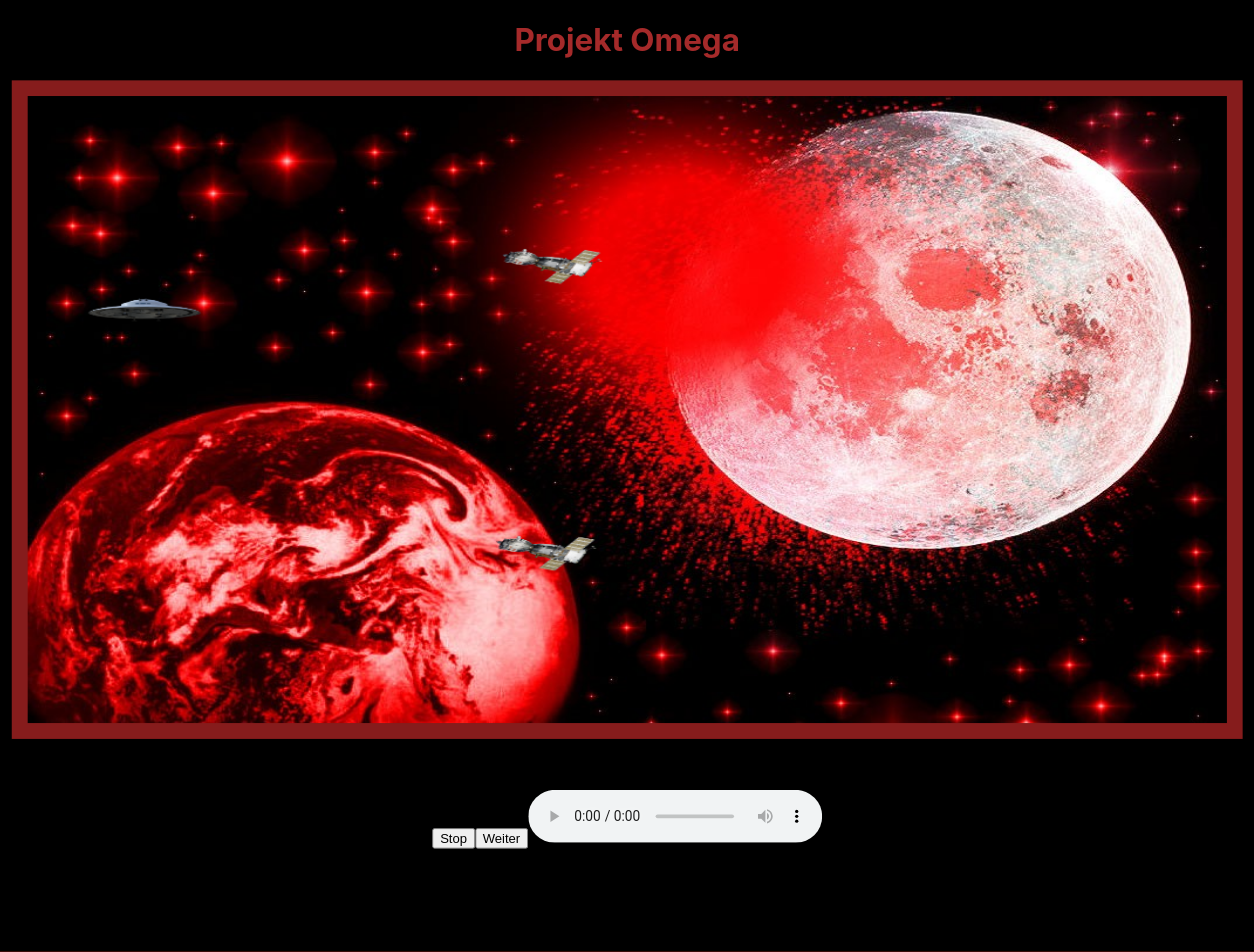
Repository: Der-Metatron/Projekt-Omega-Sprotte
Page: /
These files come from the project's save history. The page is drawn as it stood at one moment and after the next save; the edit follows.
The browser window is 1280 px wide. The pictures show the whole page, at 98% of full size.
The project was rebuilt for these pictures with package versions that can differ from the ones it lists, and the page was loaded fresh each time. Also part of the build but not shown: src/util/canvas-game.js.

Above is the page before, as saved 2022-06-22 17:17:53.

### public/index.html
<!DOCTYPE html>
<html lang="de">
  <head>
    <meta charset="UTF-8" />
    <meta name="Metatron" content="width=device-width, initial-scale=1.0" />
    <link rel="stylesheet" href="style.css" />

    <title>Projekt-Omega></title>
  </head>

  <body>
    <!-- <body onload="startGame()"> -->
    <div id="root"></div>
  </body>
  <script type="text/javascript" src="./index.js"></script>
</html>

### src/App.js
import "./App.css";
/* import { useState } from "react"; */
import { Canvas } from "./components/Canvas";
import { Footer } from "./components/Footer";

function App() {
  return (
    <div className="App">
      <h1>Projekt Omega</h1>
      <Canvas />

      <Footer />
    </div>
  );
}

export default App;

### src/components/Canvas.jsx
import React, { useRef, useEffect, useState } from "react";
import "./Canvas.css";
import { initGame, stopGame, continueGame } from "../util/canvas-game";
import ReactAudioPlayer from "react-audio-player";

export const Canvas = () => {
  const [score, setScore] = useState(0);
  const canvasRef = useRef(null);

  useEffect(() => {
    const canvas = canvasRef.current;
    const context = canvas.getContext("2d");
    initGame(context, (amount) => {
      console.log("increaseScore", amount);
      setScore((oldScore) => {
        return oldScore + amount;
      });
    });
  }, []);
  return (
    <>
      <canvas
        ref={canvasRef}
        className="game-canvas"
        width="1024"
        height="640"
      />{" "}
      <ReactAudioPlayer src="/public/audio/Musik/titel 1.mp3" autoPlay />
      <p>Score: {score}</p> {/* PunkteZahl im Canvas Zeigen */}
      {/* Stopt das Game  */}
      <button
        onClick={() => {
          stopGame();
        }}
      >
        Stop
      </button>
      {/* Weiter mit Game */}
      <button
        onClick={() => {
          continueGame();
        }}
      >
        Weiter
      </button>
      {/* Audio autoplay */}
      <ReactAudioPlayer
        src="/public/audio/Musik/titel 1.mp3"
        autoPlay
        controls
      />
    </>
  );
};
/* -------------------------------------------------------------------------------------- */

/* ----------------------------AUDIO----------------------------------------------------- */
/* const useAudio = (url) => {
  const [audio] = useState(new Audio(url));
  const [playing, setPlaying] = useState(false);

  const toggle = () => setPlaying(!playing);

  useEffect(() => {
    playing ? audio.play() : audio.pause();
  }, []);
  useEffect(() => {
    audio.addEventListener("ended", () => setPlaying(false));
    return () => {
      audio.removeEventListener("ended", () => setPlaying(false));
    };
  }, []);

  return [playing, toggle];
};

const Player = ({ url }) => {
  const [playing, toggle] = useAudio(url);

  return (
    <div>
      <button onClick={toggle}>{playing ? "Pause" : "Play"}</button>
    </div>
  );
};

export default Player;
 */

### src/components/Footer.jsx
import React from "react";

export const Footer = () => {
  return (
    <div>
      <h2>
        Pfeil Taste Oben, Pfeil Taste Unten, Pfeil Taste Links, Pfeil Taste
        Rechts, Space = Schießen
      </h2>
      <p>Der Metatron,Serdar,Dennis. 2022</p>
    </div>
  );
};

### src/components/Canvas.css
.game-canvas {
  background-color: rgba(168, 35, 35, 0.8);
  padding-left: 0;
  padding-right: 0;
  margin-left: auto;
  margin-right: auto;
  display: block;
  width: 1224px;
  height: 640px;
  padding: 1rem;
}

### public/style.css
canvas {
  background-color: rgba(168, 35, 35, 0.8);
  padding-left: 0;
  padding-right: 0;
  margin-left: auto;
  margin-right: auto;
  display: block;
  width: 1224px;
  height: 640px;
  padding: 1rem;
}
:root {
  background-color: black;
}
h1 {
  color: brown;
  text-align: center;
}
footer {
  color: aliceblue;
  text-align: center;
}

### public/index.js
let KEY_SPACE = false; // 32
let KEY_UP = false; // 38
let KEY_DOWN = false; // 40
let KEY_LEFT = false; // 37
let KEY_RIGHT = false; // 39

let canvas, ctx, counter, highscore, pause; /* Variabeln für Canvas */

let backgroundImage = new Image();

/* Audio Web-Audio-API  */
/*
<audio src="/public/audio/Musik/titel 1.mp3"></audio>;
const audioContext = new AudioContext();
const element = document.querySelector(audio);
const source = audioContext.createMediaElementSource(element);
source.connect(audioContext.destination);
audio.play();
*/

let rocket = {
  x: 50,
  y: 200,
  width: 100,
  height: 50,

  src: "img/ufo1.png" /* Omega */,
};

let ufos = [];
let shots = [];

// Taste Unten
document.onkeydown = function (e) {
  if (e.keyCode === 32) {
    // Leertaste gedrückt
    KEY_SPACE = true;
  }

  if (e.keyCode === 38) {
    // Nach oben gedrückt
    KEY_UP = true;
  }

  if (e.keyCode === 40) {
    // Nach unten gedrückt
    KEY_DOWN = true;
  }
  if (e.keyCode === 37) {
    KEY_LEFT = true;
  }
  if (e.keyCode === 39) {
    KEY_RIGHT = true;
  }
};
// Taste Links
document.onkeyleft = function (e) {
  if (e.keyCode === 37) {
    // Leertaste gedrückt
    KEY_SPACE = true;
  }

  if (e.keyCode === 38) {
    // Nach oben gedrückt
    KEY_UP = true;
  }

  if (e.keyCode === 40) {
    // Nach unten gedrückt
    KEY_DOWN = true;
  }
  if (e.keyCode === 37) {
    KEY_LEFT = true;
  }
  if (e.keyCode === 39) {
    KEY_RIGHT = true;
  }
};
// Taste Rechts
document.onkeyright = function (e) {
  if (e.keyCode === 39) {
    // Leertaste gedrückt
    KEY_SPACE = true;
  }

  if (e.keyCode === 38) {
    // Nach oben gedrückt
    KEY_UP = true;
  }

  if (e.keyCode === 40) {
    // Nach unten gedrückt
    KEY_DOWN = true;
  }
  if (e.keyCode === 37) {
    KEY_LEFT = true;
  }
  if (e.keyCode === 39) {
    KEY_RIGHT = true;
  }
};
// Taste Oben
document.onkeyup = function (e) {
  if (e.keyCode === 32) {
    // Leertaste losgelassen
    KEY_SPACE = false;
  }

  if (e.keyCode === 38) {
    // Nach oben losgelassen
    KEY_UP = false;
  }

  if (e.keyCode === 40) {
    // Nach unten losgelassen
    KEY_DOWN = false;
  }
  if (e.keyCode === 37) {
    KEY_LEFT = false;
  }
  if (e.keyCode === 39) {
    KEY_RIGHT = false;
  }
};

// eslint-disable-next-line no-unused-vars
function startGame() {
  canvas = document.getElementById("canvas");
  ctx = canvas.getContext("2d");

  loadImages();
  setInterval(update, 1000 / 25);
  setInterval(createUfos, 2000); /* Wie schnell Feinde kommen */
  setInterval(checkForCollion, 1000 / 25);
  setInterval(checkForShoot, 1000 / 10);
  draw();
}

function checkForCollion() {
  ufos.forEach(function (ufo) {
    // Kontrollieren, ob UFO mit Rakete kollidiert
    if (
      rocket.x + rocket.width > ufo.x &&
      rocket.y + rocket.height > ufo.y &&
      rocket.x < ufo.x &&
      rocket.y < ufo.y + ufo.height
    ) {
      rocket.img.src = "img/boom3.png";
      console.log("Collion!!!");
      ufos = ufos.filter((u) => u !== ufo);
      window.location.reload(true); //das sorgt dafür das sich die seite neu lädt wen man stirbt
    }

    shots.forEach(function (shot) {
      // Kontrollieren, ob Laser mit Rakete kollidiert
      if (
        shot.x + shot.width > ufo.x &&
        shot.y + shot.height > ufo.y &&
        shot.x < ufo.x &&
        shot.y < ufo.y + ufo.height
      ) {
        ufo.hit = true;
        ufo.img.src = "img/boom3.png";
        console.log("Collion!!!");

        setTimeout(() => {
          ufos = ufos.filter((u) => u !== ufo);
        }, 2000);
      }
    });
  });
}

function createUfos() {
  let ufo = {
    x: 800,
    y: Math.random() * 500, // Wir platzieren unsere UFOs an einem zufälligen Ort
    width: 100,
    height: 40,
    src: "img/sat.png",

    img: new Image(),
  };
  ufo.img.src = ufo.src; // Ufo-Bild wird geladen.
  ufos.push(ufo);
}

function checkForShoot() {
  if (KEY_SPACE) {
    let shot = {
      x: rocket.x + 110,
      y: rocket.y + 22,
      width: 20,
      height: 4,
      src: "img/shot.png",
      img: new Image(),
    };
    shot.img.src = shot.src; // Laser-Bild wird geladen.

    shots.push(shot);
  }
}
//rechts und links vergessen in update zu codieren
function update() {
  if (KEY_UP) {
    rocket.y -= 6;
  }

  if (KEY_DOWN) {
    rocket.y += 6;
  }
  if (KEY_LEFT) {
    rocket.x -= 6;
  }

  if (KEY_RIGHT) {
    rocket.x += 6;
  }

  ufos.forEach(function (ufo) {
    if (!ufo.hit) {
      ufo.x -= 5;
    }
  });

  shots.forEach(function (shot) {
    shot.x += 15;
  });
}

function loadImages() {
  backgroundImage.src = "img/- WALLPAPER - (276).jpg";
  rocket.img = new Image();
  rocket.img.src = rocket.src;
}

function draw() {
  ctx.drawImage(backgroundImage, 0, 0);
  ctx.drawImage(rocket.img, rocket.x, rocket.y, rocket.width, rocket.height);

  ufos.forEach(function (ufo) {
    ctx.drawImage(ufo.img, ufo.x, ufo.y, ufo.width, ufo.height);
  });

  shots.forEach(function (shot) {
    ctx.drawImage(shot.img, shot.x, shot.y, shot.width, shot.height);
  });

  requestAnimationFrame(draw);
}

Loaded but not shown: src/index.js (common file); src/index.css (common file); src/reportWebVitals.js (common file); src/App.css (common file)

After the next save:
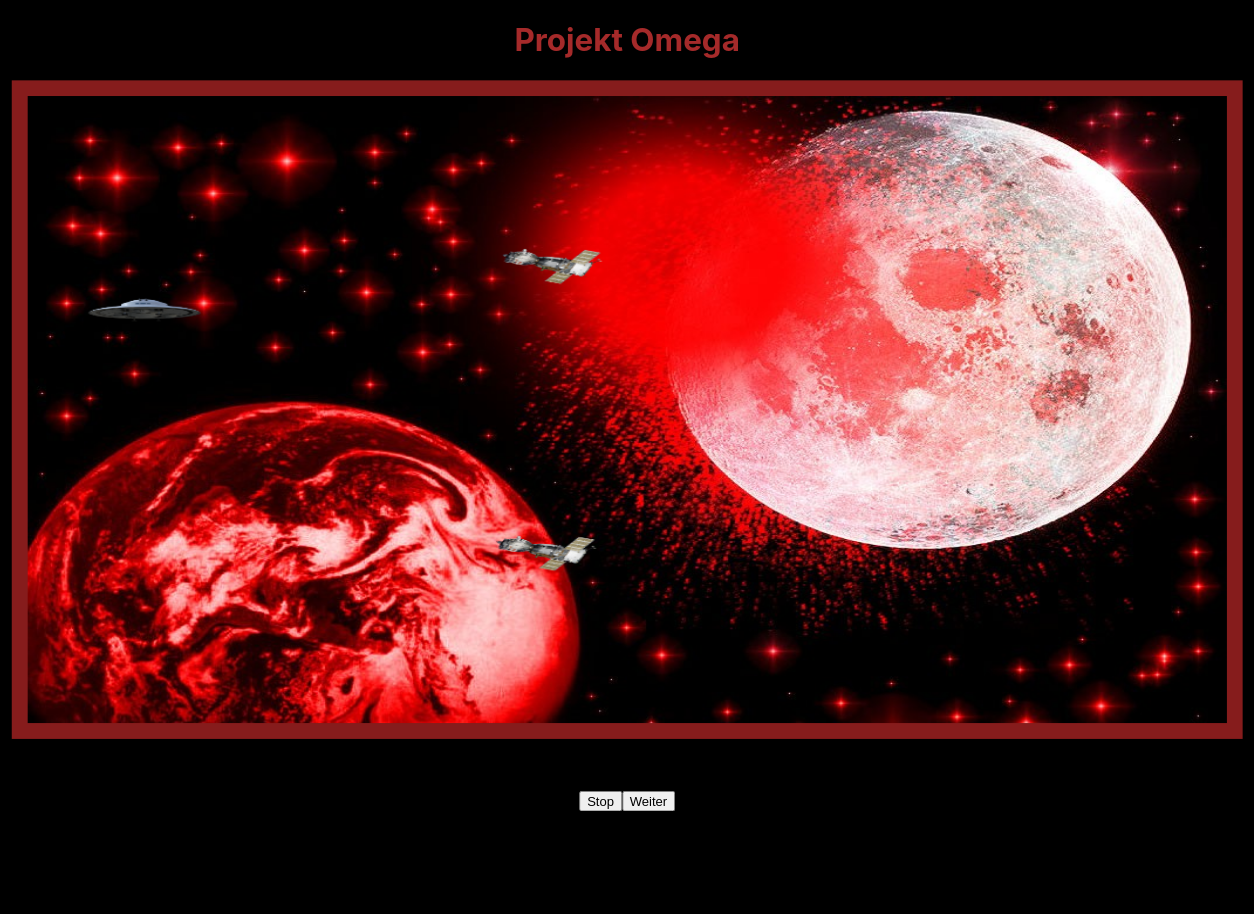
Saved 38 s later.
--- a/src/components/Canvas.jsx
+++ b/src/components/Canvas.jsx
@@ -25,7 +25,6 @@ export const Canvas = () => {
         width="1024"
         height="640"
       />{" "}
-      <ReactAudioPlayer src="/public/audio/Musik/titel 1.mp3" autoPlay />
       <p>Score: {score}</p> {/* PunkteZahl im Canvas Zeigen */}
       {/* Stopt das Game  */}
       <button
@@ -43,12 +42,6 @@ export const Canvas = () => {
       >
         Weiter
       </button>
-      {/* Audio autoplay */}
-      <ReactAudioPlayer
-        src="/public/audio/Musik/titel 1.mp3"
-        autoPlay
-        controls
-      />
     </>
   );
 };
